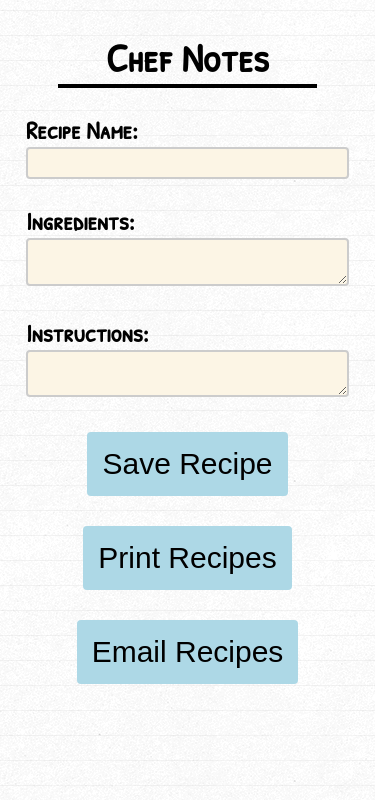
Repository: Chadloswald/RecipeSite
Page: docs/index.html
These files come from the project's save history. The page is drawn as it stood at one moment and after the next save; the edit follows.
The browser window is 375 px wide. The pictures show the whole page.

Above is the page before, as saved 2023-05-22 12:30:36.

### docs/index.html
<!DOCTYPE html>
<html lang="en">
  <head>
    <meta charset="UTF-8">
    <meta name="viewport" content="width=device-width, initial-scale=1.0">
    <title>ChefNotes</title>
    <style type="text/css">
    </style>
    <link rel="stylesheet" href="style.css">
  </head>
  <body>
    <h1>Chef Notes</h1>
    <form>
      <label for="name">Recipe Name:</label>
      <input type="text" id="name" name="name">
      <br>
      <label for="ingredients">Ingredients:</label>
      <textarea id="ingredients" name="ingredients"></textarea>
      <br>
      <label for="instructions">Instructions:</label>
      <textarea id="instructions" name="instructions"></textarea>
      <br>
      <button id="saveButton" type="button">Save Recipe</button>
      <button id="printButton">Print Recipes</button>
      <button id="emailButton">Email Recipes</button>
    </form>
    <div id="recipe-list">
      <div class="recipe-line"></div>
    <div id="list"></div>
    </div>
    <script src="scripts.js"></script>
  </body>
</html>

### docs/style.css
@font-face {
  font-family: 'Patrick Hand';
  src: url('PatrickHandSC-Regular.ttf') format('truetype');
}

body {
  font-family: 'Patrick Hand', cursive;
  margin-top: 30px 0px 0px 0px;
  padding: 0;
  background-image: url("lined-paper-2.png");
}

h1 {
  text-align: center;
  padding: 20px 0 0 0;
  border-bottom: 4px solid black;
  margin: 0 300px;
  font-size: 70px;
}

form {
  width: 80%;
  margin: 0 auto;
}

label {
  display: block;
  font-weight: bold;
  margin-top: 1em;
  font-size: 25px;
}

input[type="text"], textarea {
  background-color: #FCF5E5;
  width: 100%;
  box-sizing: border-box;
  padding: 0.5em;
  border: 2px solid #ccc;
  border-radius: 4px;
}

button {
  display: block;
  margin: 1em auto;
  padding: 0.5em;
  border-radius: 4px;
  font-size: 30px;
  border: none;
  cursor: pointer;
  background-color: #ADD8E6;
  color: black;
}

button:hover {
  background-color: gray;
  color: #FCF5E5;
}

#recipe-list {
  width: 80%;
  margin: 1em auto;
  font-size: 25px;
}

h2 {
  font-size: 25px;
}

p {
  font-size: 20px;
}

.recipe-line {
  height: 1px;
	background-color: black;
	position: relative;
	margin-top: 30px;
	margin-bottom: 30px;
	left: 0;
	width: 50%;
  display: none;
}

.recipe:not(:last-child) .recipe-line {
  display: block;
  margin-left: 25%;
}

/* Printing style */
@media print {
  /* Remove form elements */
  form {
    display: none;
  }

  /* Position Chef and Notes next to each other */
  h1 {
    display: flex;
    align-items: center;
    justify-content: center;
    font-size: 40px;
    margin: 0;
    padding-top: 20px;
    border-bottom: 4px solid black;
    page-break-after: avoid; /* prevent the header from breaking across pages */
  }

  h1 span:first-child {
    margin-right: 20px; /* add space between Chef and Notes */
  }

  /* Adjust margins and padding */
  body {
    margin: 20mm 25mm 20mm 25mm; /* top right bottom left */
    padding: 0;
  }

  h2 {
    font-size: 30px;
  }

  p {
    font-size: 20px;
  }

  /* Add page breaks between recipes */
  .recipe:not(:last-child) {
    page-break-after: always;
  }
  #recipe-list {
    margin-left: 0;
  }
}

/* Media query for screens with a maximum width of 600 pixels */
@media screen and (max-width: 600px) {
  body {
    /* Modify the styles for smaller screens */
    margin-top: 10px;
    /* Add any other necessary adjustments */
  }

  h1 {
    /* Modify the styles for smaller screens */
    font-size: 40px;
    margin: 0 50px;
    /* Add any other necessary adjustments */
  }

  form {
    /* Modify the styles for smaller screens */
    width: 90%;
    /* Add any other necessary adjustments */
  }

  /* Add additional media queries and adjust other elements as needed */
}

### docs/scripts.js
document.addEventListener('DOMContentLoaded', function() {
  const saveButton = document.getElementById('saveButton');
  const printButton = document.getElementById('printButton');
  const emailButton = document.getElementById('emailButton');
  const nameInput = document.getElementById('name');
  const ingredientsInput = document.getElementById('ingredients');
  const instructionsInput = document.getElementById('instructions');
  const recipeList = document.getElementById('recipe-list');

  saveButton.addEventListener('click', function() {
    const name = nameInput.value;
    const ingredients = ingredientsInput.value;
    const instructions = instructionsInput.value;

    const recipe = document.createElement('div');
    const recipeName = document.createElement('h2');
    const recipeIngredients = document.createElement('p');
    const recipeInstructions = document.createElement('p');
    const recipeLine = document.createElement('div');

    recipeLine.classList.add('recipe-line');
    recipe.appendChild(recipeLine);

    recipeName.innerText = name;
    recipeIngredients.innerText = `Ingredients: ${ingredients}`;
    recipeInstructions.innerText = `Instructions: ${instructions}`;

    recipe.appendChild(recipeName);
    recipe.appendChild(recipeIngredients);
    recipe.appendChild(recipeInstructions);

    recipeList.appendChild(recipe);
    recipeLine.style.display = 'block';

    nameInput.value = '';
    ingredientsInput.value = '';
    instructionsInput.value = '';
  });

  printButton.addEventListener('click', function() {
    const recipeContainer = recipeList.innerHTML;
    const printContent = document.createElement('div');
    printContent.innerHTML = recipeContainer;

    const mailtoLink = document.createElement('a');
    mailtoLink.href = 'mailto:?subject=My Saved Recipes&body=' + encodeURIComponent(printContent.innerText);

    // Create a temporary link and simulate a click
    const tempLink = document.createElement('a');
    tempLink.href = mailtoLink.href;
    tempLink.style.display = 'none';
    tempLink.target = '_blank';
    document.body.appendChild(tempLink);
    tempLink.click();
    document.body.removeChild(tempLink);
  });

  emailButton.addEventListener('click', function() {
    const recipient = prompt('What email address do you want to send your recipes to?');
    if (recipient) {
      const mailtoLink = document.createElement('a');
      mailtoLink.href = 'mailto:' + recipient + '?subject=My Saved Recipes&body=' + encodeURIComponent(recipeList.innerText);
      mailtoLink.click();
    }
  });
});

After the next save:
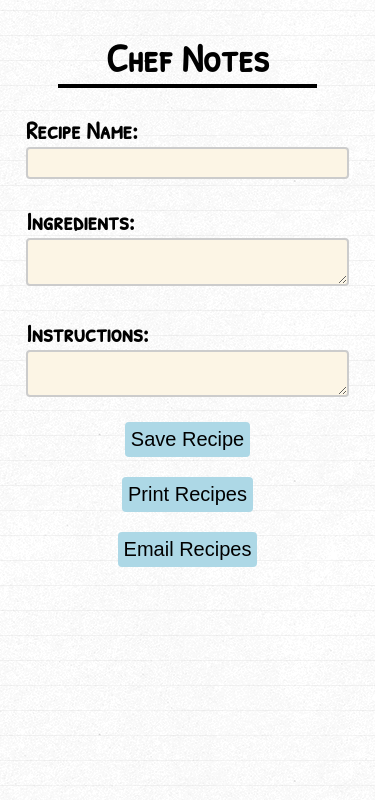
Saved 105 s later.
--- a/docs/style.css
+++ b/docs/style.css
@@ -153,5 +153,8 @@ p {
     /* Add any other necessary adjustments */
   }
 
-  /* Add additional media queries and adjust other elements as needed */
+  button {
+    font-size: 20px; /* Adjust the font size */
+    padding: 0.3em; /* Adjust the padding */
+  }
 }
